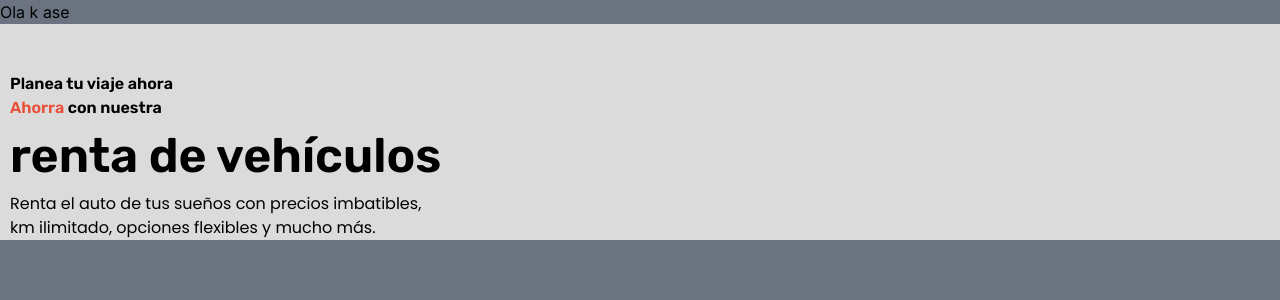
Repository: aldovelacasas/PF_RentCar2
Page: /homePage
An editor plug-in stored every save of this project. The page is shown before and after the next save, followed by the edit.
The browser window is 1280 px wide. The pictures show the whole page.
The project was rebuilt for these pictures with package versions that can differ from the ones it lists, and the page was loaded fresh each time. The framework's server and built-in components were replaced by stand-ins that run in the browser. Also part of the build but not shown: next.config.js.

Above is the page before, as saved 2023-08-29 19:06:06.

After the next save:
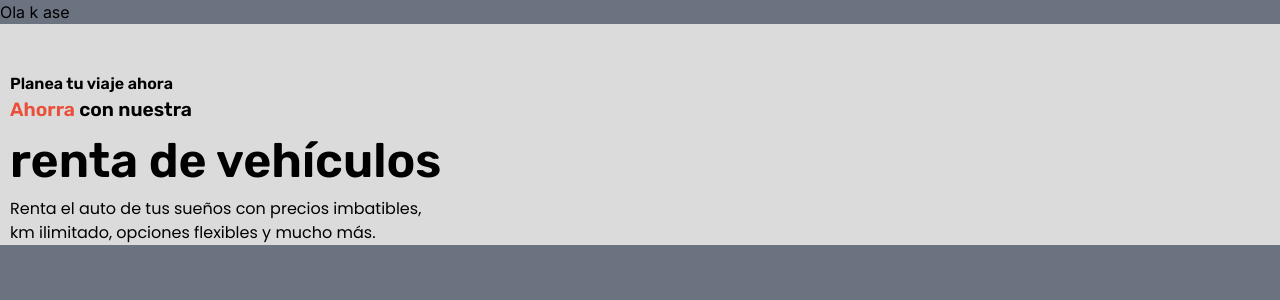
Saved 17 s later.
--- a/src/app/homePage/page.jsx
+++ b/src/app/homePage/page.jsx
@@ -16,7 +16,7 @@ function HomePage() {
   return (
     <div className={`bg-gris_fondo ${rubik} space-y-0 space-x-2.5`}>
       <p className={`pt-12 ml-2.5`}>Planea tu viaje ahora</p>
-      <p className="text-[1em] mb-0 pb-0">
+      <p className="text-[1.2em] mb-0 pb-0">
         <span className="text-naranja_enf mb-0 pb-0">Ahorra </span>
         con nuestra
       </p>
